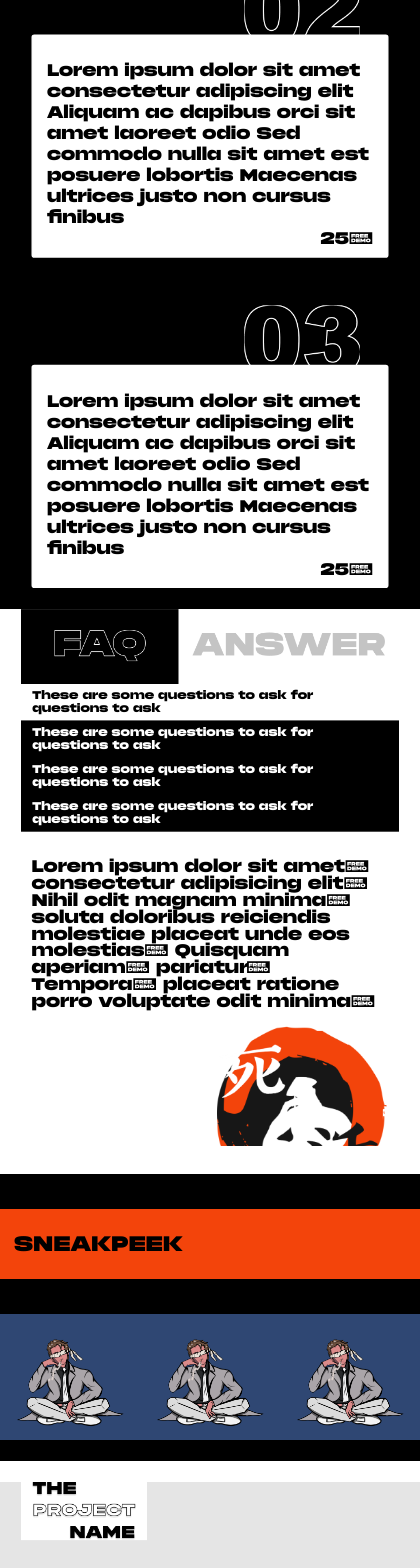
Repository: danishmahmoodawan/Sneakpeak
Page: /
The author's editor kept a copy of each file at every save. The page is drawn from the files as they stood at one save, then again after the next save.
The browser window is 600 px wide. The pictures show the part of the page from y = 1563 to 3803 px (the page is 3803 px tall before and 3763 px after), at 70% of full size.
The project was rebuilt for these pictures with package versions that can differ from the ones it lists, and the page was loaded fresh each time.

Above is the page before, as saved 2022-02-28 22:41:15.

### public/index.html
<!DOCTYPE html>
<html lang="en">
  <head>
    <meta charset="utf-8" />
    <meta name="viewport" content="width=device-width, initial-scale=1" />
    <link rel="stylesheet" href="https://cdnjs.cloudflare.com/ajax/libs/twitter-bootstrap/4.6.0/css/bootstrap.min.css">
	<link rel="stylesheet" href="https://cdnjs.cloudflare.com/ajax/libs/font-awesome/5.15.4/css/all.min.css">
	<link rel="stylesheet" href="assets/css/style.css">
	<title>SneakPeak</title>
  </head>
  <body>
    <noscript>You need to enable JavaScript to run this app.</noscript>
    <div id="root"></div>
	<script src="https://cdnjs.cloudflare.com/ajax/libs/jquery/3.5.1/jquery.slim.min.js"></script>
	<script src="https://cdnjs.cloudflare.com/ajax/libs/popper.js/1.16.1/umd/popper.min.js"></script>
  <script src="https://cdnjs.cloudflare.com/ajax/libs/twitter-bootstrap/4.6.0/js/bootstrap.min.js"></script>
  <link rel="stylesheet" href="https://fonts.googleapis.com/css2?family=Inter:wght@100;200;300;400;500;600;700;800;900&display=swap"/>
  <link rel="stylesheet" href="https://fonts.googleapis.com/css2?family=VT323:wght@400&display=swap"/>
  </body>
</html>

### src/App.js
import Home from "./pages/Home";

function App() {
  return (
    <div>
      <Home />
    </div>
  );
}

export default App;

### src/pages/Home.js

import { useState, useEffect } from 'react';
function Home() {

  return (
   <>
 <section className="top_section">
            <div className="container">
                <div className="row">
                    <div className="col-12 text-center top_image">
                        <div className="social_div">
                            <img src="assets/images/ICON_INSTA24.png" alt="ICON_INSTA24" className="desktop_image"/>
                            <img src="assets/images/ICON_MEDIUM25.png" alt="ICON_MEDIUM25" className="desktop_image"/>
                            <img src="assets/images/ICON_OS26.png" alt="ICON_OS26" className="desktop_image"/>
                            <img src="assets/images/ICON_TWITTER27.png" alt="ICON_TWITTER27" className="desktop_image"/>
                            <img src="assets/images/ICON_DISCORD28.png" alt="ICON_DISCORD28" className="desktop_image"/>
                        </div>
                    </div>
                </div>
            </div>
        </section>
        <section className="first_section"></section>

        <section className="second_section">
            <div className="container">
                <div className="row d-flex align-items-center justify-content-center">
                    <div className="col-12 col-md-5 left_sec_col img_col">
                        <div className="row">
                          <div className="col-12 right_inner_sec_col row_set_whi">
                                <div className="row">
                                    <div className="col-4 col_white">
                                        <p>PRICE</p>
                                    </div>
                                    <div className="col-8 col_black">
                                        <p>0.15 Ξ</p>
                                    </div>
                                </div>
                                <div className="row">
                                    <div className="col-4 col_white">
                                        <p>TOTAL</p>
                                    </div>
                                    <div className="col-8 col_black">
                                        <p>1125 / 3333</p>
                                    </div>
                                </div>
                                <div className="row">
                                    <div className="col-4 col_white">
                                        <p>LIMIT</p>
                                    </div>
                                    <div className="col-8 col_black">
                                        <p>5 PER TX</p>
                                    </div>
                                </div>
                            </div>
                        </div>

                    </div>
                    <div className="col-12 col-md-2 left_sec_col text-center">
                        <div className="row"><div className="col-12 icon_size p-0"> <a href="#" target={{target:"_blank"}}> <svg xmlns="http://www.w3.org/2000/svg" width="50" height="40" fill="currentColor" className="bi bi-chevron-compact-up" viewBox="0 0 16 16">
  <path fill-rule="evenodd" d="M7.776 5.553a.5.5 0 0 1 .448 0l6 3a.5.5 0 1 1-.448.894L8 6.56 2.224 9.447a.5.5 0 1 1-.448-.894l6-3z"/>
</svg></a></div>
 </div>
                        <div className="row"><div className="col-12 icon_size p-0"><span className="counts"> 5 </span></div> </div>
                        <div className="row"><div className="col-12 icon_size p-0"><a href="#" target={{target:"_blank"}}> <svg xmlns="http://www.w3.org/2000/svg" width="50" height="40" fill="currentColor" className="bi bi-chevron-compact-down" viewBox="0 0 16 16">
  <path fill-rule="evenodd" d="M1.553 6.776a.5.5 0 0 1 .67-.223L8 9.44l5.776-2.888a.5.5 0 1 1 .448.894l-6 3a.5.5 0 0 1-.448 0l-6-3a.5.5 0 0 1-.223-.67z"/>
</svg></a></div>
 </div>
                    </div>
                    <div className="col-12 col-md-2 mintbtns right_col">
                    <button className=" m-2">MINT <br /> NOW</button>
                    </div>
                </div>
            </div>
        </section>

        <section className="third_section roadmapSec">
            <div className="container">
                <div className="row third_row">
                <div className="col-12 "><h1>ROADMAP</h1></div>
                 </div>
                 <div className="row set_map">
                 <div className="col-sm-12 col-md-4">
                 <div className="btn map_one maptwo btn-primary position-relative">
             <p>    Lorem ipsum dolor sit amet consectetur adipiscing elit Aliquam ac dapibus orci sit amet laoreet odio Sed commodo nulla sit amet est posuere lobortis Maecenas ultrices justo non cursus finibus </p>
  <span className="position-absolute top-0 start-100 translate-middle badge rounded-pill set_ict">
  <img src="assets/images/01.png" alt="PREVIEW_Artboard321293" className="desktop122_image" />
  </span>
  <p className="text-right">25%</p>
</div>
                 </div>
                 <div className="col-sm-12 col-md-4">
                 <div className="btn map_one maptwo btn-primary position-relative">
             <p>    Lorem ipsum dolor sit amet consectetur adipiscing elit Aliquam ac dapibus orci sit amet laoreet odio Sed commodo nulla sit amet est posuere lobortis Maecenas ultrices justo non cursus finibus </p>
  <span className="position-absolute top-0 start-100 translate-middle badge rounded-pill set_ict">
  <img src="assets/images/02.png" alt="PREVIEW_Artboard321293" className="desktop122_image" />
  </span>
  <p className="text-right">25%</p>
</div>
                 </div>
                 <div className="col-sm-12 col-md-4">
                 <div className="btn map_one maptwo btn-primary position-relative">
             <p>    Lorem ipsum dolor sit amet consectetur adipiscing elit Aliquam ac dapibus orci sit amet laoreet odio Sed commodo nulla sit amet est posuere lobortis Maecenas ultrices justo non cursus finibus </p>
  <span className="position-absolute top-0 start-100 translate-middle badge rounded-pill set_ict">
  <img src="assets/images/03.png" alt="PREVIEW_Artboard321293" className="desktop122_image" />
  </span>
  <p className="text-right">25%</p>
</div>
                 </div>
                 </div>
             </div>
        </section>
        <section className="forth_section faq_container">
            <div className="container">
            <div className="row">
            <div className="col-5 col-md-4 col_pading faq_col p-5">
            <img src="assets/images/faq.png" alt="PREVIEW_Artboard321293" className="desktop122_image" />
</div>
            <div className="col-7 col-md-8 anser p-5">
            <img src="assets/images/answer.png" alt="PREVIEW_Artboard321293" className="desktop122_image" />
            </div>
            </div>



<div className="row">
<div className="col-md-4 bg_link faq_tabss p-0">

    <ul className="nav md-pills pills-secondary d-flex flex-column">
      <li className="nav-item">
        <a className="nav-link active" data-toggle="tab" href="#panel11" role="tab">These are some questions to ask for questions to ask</a>
      </li>
      <li className="nav-item">
        <a className="nav-link" data-toggle="tab" href="#panel12" role="tab">These are some questions to ask for questions to ask</a>
      </li>
      <li className="nav-item">
        <a className="nav-link" data-toggle="tab" href="#panel13" role="tab">These are some questions to ask for questions to ask</a>
      </li>
      <li className="nav-item">
        <a className="nav-link" data-toggle="tab" href="#panel14" role="tab">These are some questions to ask for questions to ask</a>
      </li>
    </ul>

  </div>
  <div className="col-md-8 logo_ns">

    <div className="tab-content pt-0">

      <div className="tab-pane fade in show active" id="panel11" role="tabpanel">
        <br />

        <p>Lorem ipsum dolor sit amet, consectetur adipisicing elit. Nihil odit magnam minima, soluta doloribus
          reiciendis molestiae placeat unde eos molestias. Quisquam aperiam, pariatur. Tempora, placeat ratione
          porro voluptate odit minima.</p>
          <img src="assets/images/logo_set.png" alt="LOGO" className="desktop122_image" />


      </div>
      <div className="tab-pane fade" id="panel12" role="tabpanel">
        <br />

        <p>Lorem ipsum dolor sit amet, consectetur adipisicing elit. Nihil odit magnam minima, soluta doloribus
          reiciendis molestiae placeat unde eos molestias. Quisquam aperiam, pariatur. Tempora, placeat ratione
          porro voluptate odit minima.</p>
        <p>Lorem ipsum dolor sit amet, consectetur adipisicing elit. Nihil odit magnam minima, soluta doloribus
          reiciendis molestiae placeat unde eos molestias. Quisquam aperiam, pariatur. Tempora, placeat ratione
          porro voluptate odit minima.</p>

      </div>
      <div className="tab-pane fade" id="panel13" role="tabpanel">
        <br />

        <p>Lorem ipsum dolor sit amet, consectetur adipisicing elit. Nihil odit magnam minima, soluta doloribus
          reiciendis molestiae placeat unde eos molestias. Quisquam aperiam, pariatur. Tempora, placeat ratione
          porro voluptate odit minima.</p>
          <img src="assets/images/logo_set.png" alt="LOGO" className="desktop122_image" />


      </div>
      <div className="tab-pane fade" id="panel14" role="tabpanel">
        <br />

        <p>Lorem ipsum dolor sit amet, consectetur adipisicing elit. Nihil odit magnam minima, soluta doloribus
          reiciendis molestiae placeat unde eos molestias. Quisquam aperiam, pariatur. Tempora, placeat ratione
          porro voluptate odit minima.</p>
        <p>Lorem ipsum dolor sit amet, consectetur adipisicing elit. Nihil odit magnam minima, soluta doloribus
          reiciendis molestiae placeat unde eos molestias. Quisquam aperiam, pariatur. Tempora, placeat ratione
          porro voluptate odit minima.</p>

      </div>


    </div>


</div>

</div>
</div>


        </section>

        <section className="fifth_section">
            <div className="container-fluid fifth_container">
            <div className="row"><div className="col-12">
                <h2 className="road_map">SNEAKPEEK</h2>
            </div></div></div>
        </section>
        <section className="six_section">
            <div className="container-fluid">
            <div className="row">
            <div className="col-4">
            <img src="assets/images/char_img.png" alt="char_img" className="desktop122_image" />
            </div>
            <div className="col-4">
            <img src="assets/images/char_img.png" alt="char_img" className="desktop122_image" />
            </div>
            <div className="col-4">
            <img src="assets/images/char_img.png" alt="char_img" className="desktop122_image" />
            </div>

            </div>
            </div>
        </section>
        <section>
        <div className="row">
            <div className="col-12">
            <div className="empty_div"> </div>
            </div>
            <div className="col-12">
            <div className="empty_divs"> </div>
            </div>
            </div>
        </section>
        <section className="section_seven">
        <div className="container">
        <div className="row">
            <div className="col-4 col_whites ">
            <img src="assets/images/project_name.png" alt="char_img" className="desktop122_image" />
            </div>
            </div>
            </div>
        </section>

	</>
  );
}

export default Home;

### public/assets/css/style.css
html {
  font-family: Inter;
  font-size: 16px;
}
body{
  overflow-x: hidden;
}
@font-face {
  font-family: 'Phonk-cont';
  src: url('../fonts/Phonk-ContrastDEMO.ttf');
}
@font-face {
  font-family: 'Phonk-regular';
  src: url('../fonts/Phonk-ReguularDEMO.ttf');
}
body {
  font-weight: 400;
  font-style:normal;
  text-decoration: none;
  text-transform: none;
  letter-spacing: normal;
  line-height: 1.15;
  color: var(--dl-color-gray-black);
  background-color: var(--dl-color-gray-white);
}
p{
  margin-bottom: 0px;
  font-family: Phonk-cont;
  font-size: 24px;
  font-style: normal;
  font-weight: 400;
  line-height: 24px;
  letter-spacing: 0em;
  text-align: left;
  color:#FFF
}
h2{
  font-family: 'Phonk-cont';
  font-style: normal;
  font-weight: normal;
  font-size: 72px;
  line-height: 72px;
  color: #FFFFFF;
  text-align: center;
  margin-bottom: 0;
}
:root {
  --dl-color-gray-500: #595959;
  --dl-color-gray-700: #999999;
  --dl-color-gray-900: #D9D9D9;
  --dl-size-size-large: 144px;
  --dl-size-size-small: 48px;
  --dl-color-danger-300: #A22020;
  --dl-color-danger-500: #BF2626;
  --dl-color-danger-700: #E14747;
  --dl-color-gray-black: #000000;
  --dl-color-gray-white: #FFFFFF;
  --dl-size-size-medium: 96px;
  --dl-size-size-xlarge: 192px;
  --dl-size-size-xsmall: 16px;
  --dl-space-space-unit: 16px;
  --dl-color-primary-100: #003EB3;
  --dl-color-primary-300: #0074F0;
  --dl-color-primary-500: #14A9FF;
  --dl-color-primary-700: #85DCFF;
  --dl-color-success-300: #199033;
  --dl-color-success-500: #32A94C;
  --dl-color-success-700: #4CC366;
  --dl-size-size-xxlarge: 288px;
  --dl-size-size-maxwidth: 1400px;
  --dl-radius-radius-round: 50%;
  --dl-space-space-halfunit: 8px;
  --dl-space-space-sixunits: 96px;
  --dl-space-space-twounits: 32px;
  --dl-radius-radius-radius2: 2px;
  --dl-radius-radius-radius4: 4px;
  --dl-radius-radius-radius8: 8px;
  --dl-space-space-fiveunits: 80px;
  --dl-space-space-fourunits: 64px;
  --dl-space-space-threeunits: 48px;
  --dl-space-space-oneandhalfunits: 24px;
}

.desktop122_image{
  width: 100%;
}
/* css start */
.top_section{
  background-color: #222222;
  padding: 10px;
}
.empty_div{
height: 30px;
background: #000;
}
.empty_divs{
height: 30px;
background: white;
}
.section_seven{
background:#E5E5E5;
padding-bottom: 40px;
}
.col_whites{
background: white;
}
.col_white img{
  margin-top: -15px;
}
.top_content .button{
  font-family: VT323;
  font-style: normal;
  font-weight: normal;
  font-size: 16px;
  line-height: 16px;
  color: #222222;
}
.first_section{
  background-image: url('images/banner_home.png');
  background-repeat: no-repeat;
  background-size: cover;
  height: 100vh;
  background-position: center;
}
.second_section{
  background-image: url('images/aksc.png');
    background-repeat: no-repeat;
    background-size: inherit;
    background-position: center;
    margin: -30px;
    width: 100%;
}
.third_row h1{
  font-family: Phonk-cont;
  font-style: normal;
  font-weight: 600;
  font-size: 100px;
  text-align: center;
  color: white;
}
.col_white p{
  color: #fff;
  padding: 8px 0;
  text-align: center;
}

.col_black p{
  color: #F3440B;
  padding: 8px 0;
  text-align: right;
}
.img_col{
  padding: 32px 20px !important;
}
.mintbtns button{
  background: #F3440B;
border-radius: 10px;
color: white;
padding: 44px 25px;
font-family: Phonk-cont;
font-weight: 600;
font-size: 36px;
line-height: 46px;
border-color: #F3440B;
}
.mintbtns button:hover{
  background: #bc350a;
}
.counts{
  font-family: Phonk-cont;
  font-style: normal;
  font-weight: 600;
  font-size: 55px;
  color: white;
}
.icon_size{
color: white;
}
.icon_size a{
  color: white;
}
.icon_size a:hover{
  color: #F3440B;
}
.second_section .row{
  align-items: center;
}
.left_sec_col{
  background-color: #000;
  padding: 20px 15px;
  border-radius: 10px;
  margin-left: 10px;
  margin-right: 10px;
}

.pluss_minus_row{
  padding: 40px;
}
.second_section a.button{
  background: linear-gradient(90.9deg, #35A9AD 0%, #9D4DB1 100%);
  color: #FFF;
  font-family: VT323;
  display: block;
  text-decoration: none;
  max-width: 370px;
  margin: 0 auto;
  margin-top: 30px;
  cursor: pointer;
}
.map_one{
  background: #444444;
  border: 2px solid #FFFFFF;
box-sizing: border-box;
padding: 35px 20px 10px 20px;
margin-top: 16%;
}
.roadmapSec{
padding: 5% 0;
}
.maptwo{
  background: white;
}
.maptwo p{
  color: #000;
}
.forth_section img{
width: 80%;
}
.map_one p{
  line-height: 30px;
}
.maptwo .badge{
top: -118px !important;
}
.maptwo img{
  width: 82%;
}
.map_one .badge{
  top: -90px;
  right: -19px;

}
.set_ict{
  font-family: Phonk-cont;
  font-style: normal;
  font-weight: 600;
  font-size: 100px;
  text-align: center;
  color: white;
}
.map_one:hover{
  background: #444444;
  border: 2px solid #FFFFFF;
}
.maptwo:hover{
  background: white;
}
.map_one:active, .map_one:focus{
  background-color: #444444 !important;
  box-shadow: none !important;
  border-color: #fff !important;
}
.map_two:active, .map_two:focus{
  background-color: white !important;
  box-shadow: none !important;
  border-color: #fff !important;
}
.map_one:not(:disabled):not(.disabled){
  cursor: auto;
}
p.sol{
  color: rgba(34, 34, 34, 0.5);
  text-align: center;
  padding-top: 8px;
}
.third_section{
  background-color: black;
  padding-top: 7%;
}
.faq_container{
  background: white;
}
.faq_container h2{
  padding: 0 30px;

}
.faq_col{
background: black;
display: block;
text-align: center;
}
.bg_link{
  background: black;
}

.forth_left_col{
  background-color: #222222;
}
.forth_section p{
  margin: 20px 0;
  color: black;
}
.logo_ns img{
width: 50%;
float: right;
}
.forth_left_col p{
  background-color: #111111;
  color: #FFF;
  padding: 10px 20px;
}
.forth_right_col{
  padding-left: 100px;
}
.forth_right_col p{
  color: #111111;
}
.fifth_section{
  background: black;
  padding: 50px 0;
}
.fifth_section .container:not(:last-child) {
  background: #C4C4C4;
  max-width: 900px;
  margin: 0 auto;
  padding: 50px 30px 100px;
}

.fifth_section h2.road_map{
  font-size: 120px;
  line-height: 60px;
color:black;
text-align: left;
}
.fifth_section p{
  color: #111111;
}
.fifth_container{
background: #F3440B;
padding: 20px;
}
.six_section{
background: #2f4773;
}
.fifth_left_col{
  background-color: #FFF;
  border-right: 8px solid rgba(17, 17, 17, 0.5);
  border-bottom: 8px solid rgba(17, 17, 17, 0.5);
}
.fifth_left_col h2{
  font-size: 100px;
  line-height: 100px;
  color: #000000;
  padding: 20px;
}
.fifth_last_row .fifth_left_col{
  background: linear-gradient(90.9deg, #35A9AD 0%, #9D4DB1 100%);
  border-right: 8px solid rgba(255, 255, 255, 0.5);
  border-bottom: 8px solid rgba(255, 255, 255, 0.5);
}
.fifth_last_row .fifth_left_col h2{
  color: #FFF;
}
.logo_container{
  background-color: #FFF;
}
/* FAQ Start */
.faq_tabss a{
color: white;
font-family: Phonk-cont;
}
.faq_tabss .active{
background: white;
color: black;
}
/* FAQ STart */
/* media query */
@media only screen and (min-width: 1025px) {

}
@media only screen and (max-width: 1024px) and (min-width: 992px) {

  .first_section{
    height: 26vh;
    background-size: contain;
  }
  .right_third_col{
    background-size: cover;
  }
}

@media only screen and (max-width: 992px) and (min-width: 768px) {
  .first_section{
    height: 26vh;
  }
  .pluss_minus_row{
    padding: 25px;
  }
  .col_white p ,.col_black p{
    font-size: 18px;
  }
  .right_third_col{
    background-size: cover;
  }
}
@media only screen and (max-width: 767px) {
  h2{
    font-size: 36px;
    line-height: 42px;
  }
  .third_row h1, .fifth_section h2.road_map{
    font-size: 30px;
  }
  .right_col {
text-align: center;
  }
  .left_sec_col{
    border-radius: 0;
  }
  .map_one{
    margin-top: 30%;
  }
  .first_section {
    background-size: cover;
    height: 25vh;
  }
  .top_section .col-6{
padding: 0;
  }
  .right_sec_col{
    padding-top: 30px;
  }
  .second_section{
    margin: 0;
  }
  .row_set_whi{
    margin: 10px 0;
  }
  .col_pading{
padding: 30px !important;
  }
  .anser{
    padding: 33px 20px !important;
  }
  .anser img{
width: 100% !important;
  }
  .right_third_col .container{
    position: initial
  }
  .right_third_col .container .row{
    margin-top: 20px;
  }
  .right_third_col a{
    margin-bottom: 10px;
  }
  .forth_right_col{
    padding: 0 15px ;
  }
  .forth_section{
    padding-bottom: 40px;
  }
  .fifth_section p{
    margin-top: 20px;
  }
  .fifth_section .container:not(:last-child){
    padding-bottom: 40px;
  }
  body, html{
    overflow-x: hidden;
  }
}

@media only screen and (max-width: 767px) and (min-width: 540px) {
  .first_section{
    height: 33vh;
    background-size:  cover;
  }
}

Loaded but not shown: src/index.js (common file); src/index.css (common file); src/reportWebVitals.js (common file)

After the next save:
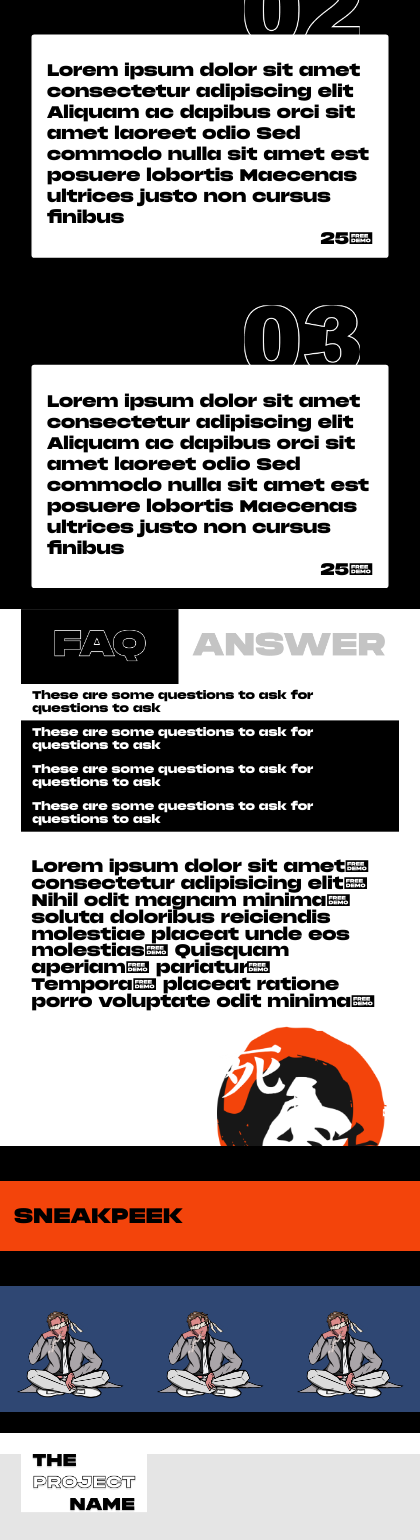
Saved 23 s later.
--- a/public/assets/css/style.css
+++ b/public/assets/css/style.css
@@ -457,9 +457,7 @@ width: 100% !important;
   .forth_right_col{
     padding: 0 15px ;
   }
-  .forth_section{
-    padding-bottom: 40px;
-  }
+
   .fifth_section p{
     margin-top: 20px;
   }
